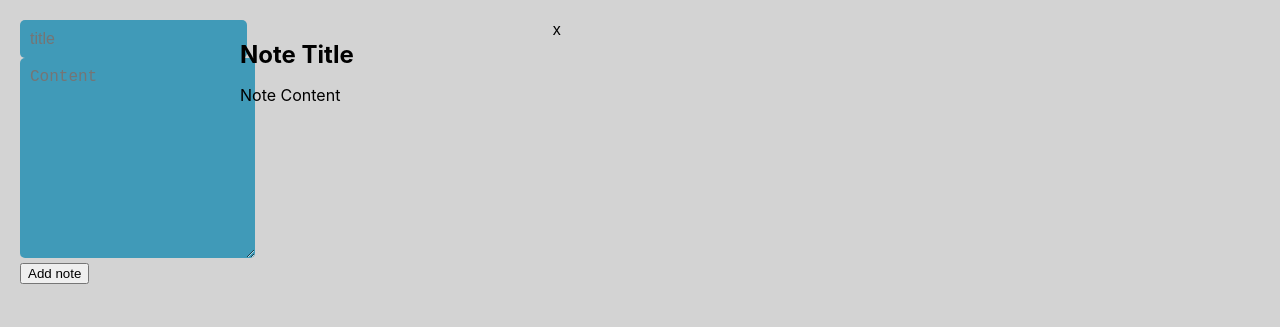
Repository: karolina-rachuta/Notes_React_Node_Js
Page: /
These files come from the project's save history. The page is drawn as it stood at one moment and after a run of saves; the edit follows.
The browser window is 1280 px wide. The pictures show the whole page.
The project was rebuilt for these pictures with package versions that can differ from the ones it lists, and the page was loaded fresh each time.

Above is the page before, as saved 2024-08-10 21:32:58.

### src/App.tsx
import './App.css';

function App() {
  return (
    <div className="app-container">
      <form action="note-form">
        <input
          type="text"
          placeholder="title"
          value=""
          required
        />
        <textarea
          placeholder="Content"
          name=""
          id=""
          cols={20}
          rows={10}
          required
        ></textarea>
        <button type="submit">Add note</button>
      </form>
      <div className="notes-grid">
        <div className="notes-item">
          <div className="notes-header">
            <button>x</button>
          </div>
          <h2>Note Title</h2>
          <p>Note Content</p>
        </div>
      </div>
    </div>
  );
}

export default App;

### src/App.css
body {
  margin: 20px;
  background-color: lightgray;
}

.app-container {
  grid-template-columns: 1fr;
}

@media (min-width: 600px) {
  .app-container {
    display: grid;
    grid-template-columns: 200px 1fr;
    gap: 20px;
  }
}

.notes-grid {
  display: grid;
  grid-template-columns: repeat(auto-fill, minmax(250px, 1fr));
  grid-auto-rows: minmax(250px, auto);
  gap: 20px;
}

.note-item {
  display: flex;
  flex-direction: column;
  border: 1px solid #ccc;
  padding: 10px;
  border-radius: 5px;
  background-color: #f9f9f9;
  box-shadow: 0px 0px 10px rgba(0, 0, 0, 0.1);
  cursor: pointer;
}

.notes-header {
  display: flex;
  justify-content: flex-end;
}

.notes-header button {
  font-size: 16px;
  background: transparent;
  border: none;
  cursor: pointer;
  max-width: fit-content;
}

h2 {
  margin: 0;
}

.note-form {
  display: flex;
  flex-direction: column;
  gap: 20px;
}

textarea,
input {
  border-radius: 5px;
  background-color: rgb(64, 154, 184);
  border: none;
  padding: 10px;
  font-size: 16px;
  color: #fff;
}

.note-form button:hover {
  background-color: rgb(106, 175, 198);
  cursor: pointer;
}

Loaded but not shown: public/index.html (common file); src/index.tsx (common file); src/index.css (common file); src/reportWebVitals.ts (common file)

After the next 2 saves:
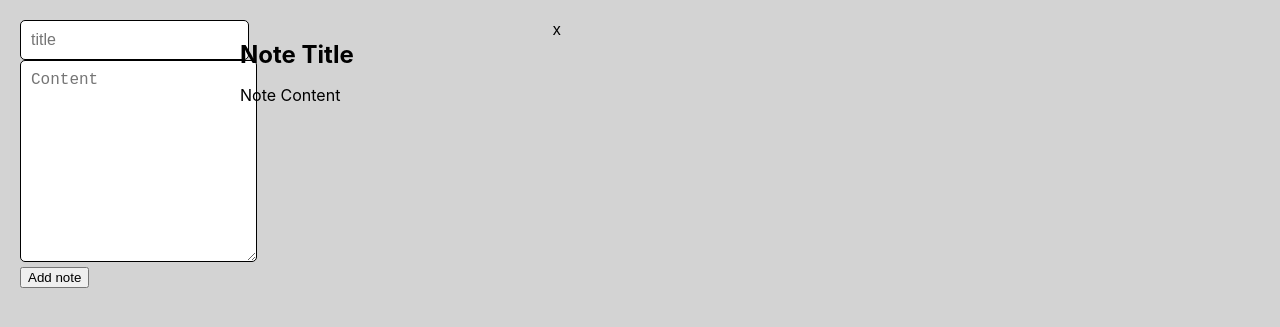
The 2 saves are shown as one change because they came seconds apart.
The last was saved 117 s later.
--- a/src/App.css
+++ b/src/App.css
@@ -59,8 +59,7 @@ h2 {
 textarea,
 input {
   border-radius: 5px;
-  background-color: rgb(64, 154, 184);
-  border: none;
+  border: 1px solid black;
   padding: 10px;
   font-size: 16px;
   color: #fff;
